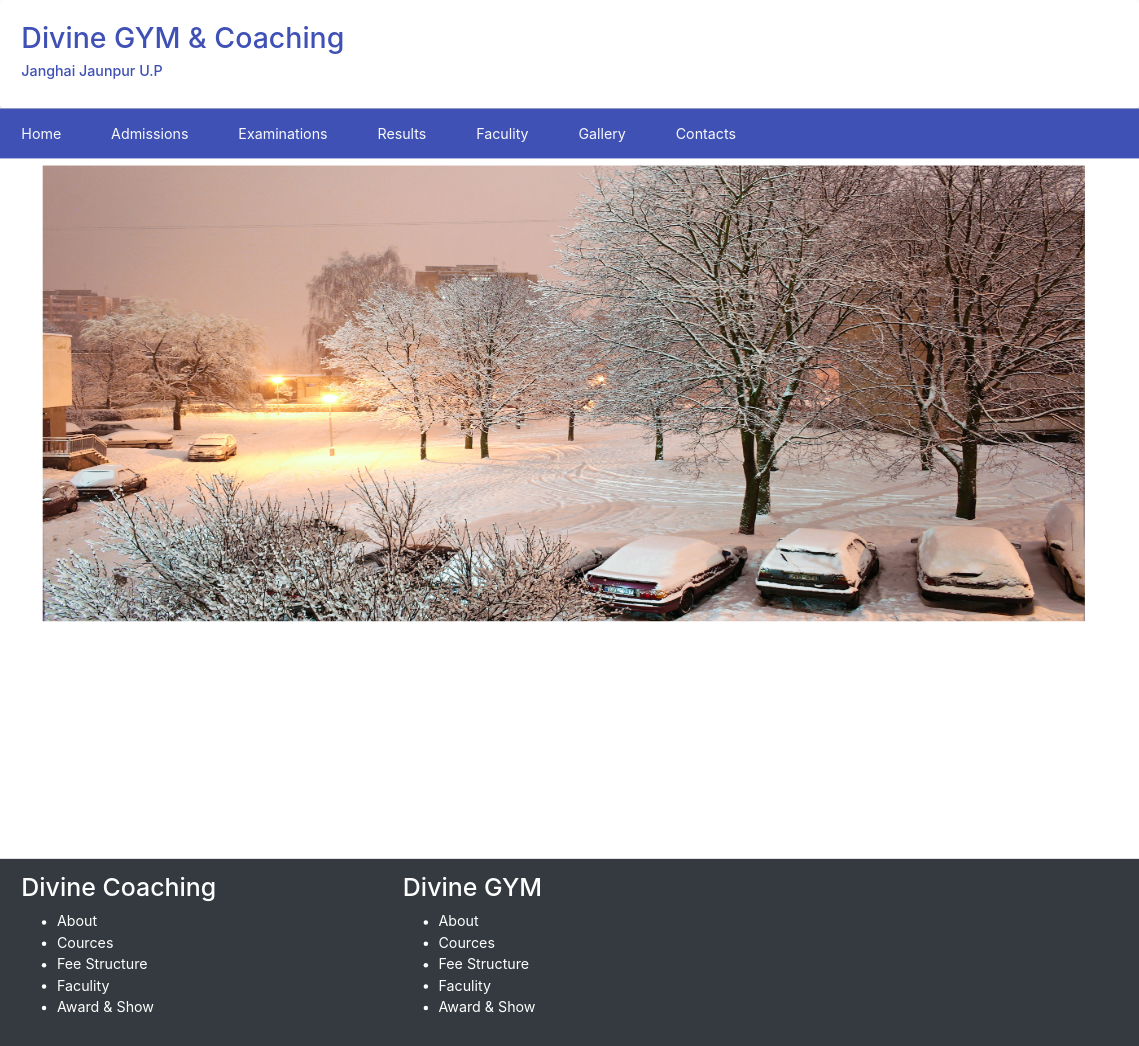
Repository: lalji-yadav/vikash-Coaching-frontend
Page: /gallery
These files come from the project's save history. The page is drawn as it stood at one moment and after the next save; the edit follows.
The browser window is 1280 px wide. The pictures show the whole page, at 89% of full size.
The project was rebuilt for these pictures with package versions that can differ from the ones it lists, and the page was loaded fresh each time. Also part of the build but not shown: src/index.css, src/home/home.js, src/component/admission/admission.js, src/component/examination/examination.js, src/component/results/result.js, src/component/faculity/faculity.js.

Above is the page before, as saved 2021-04-11 12:49:19.

After the next save:
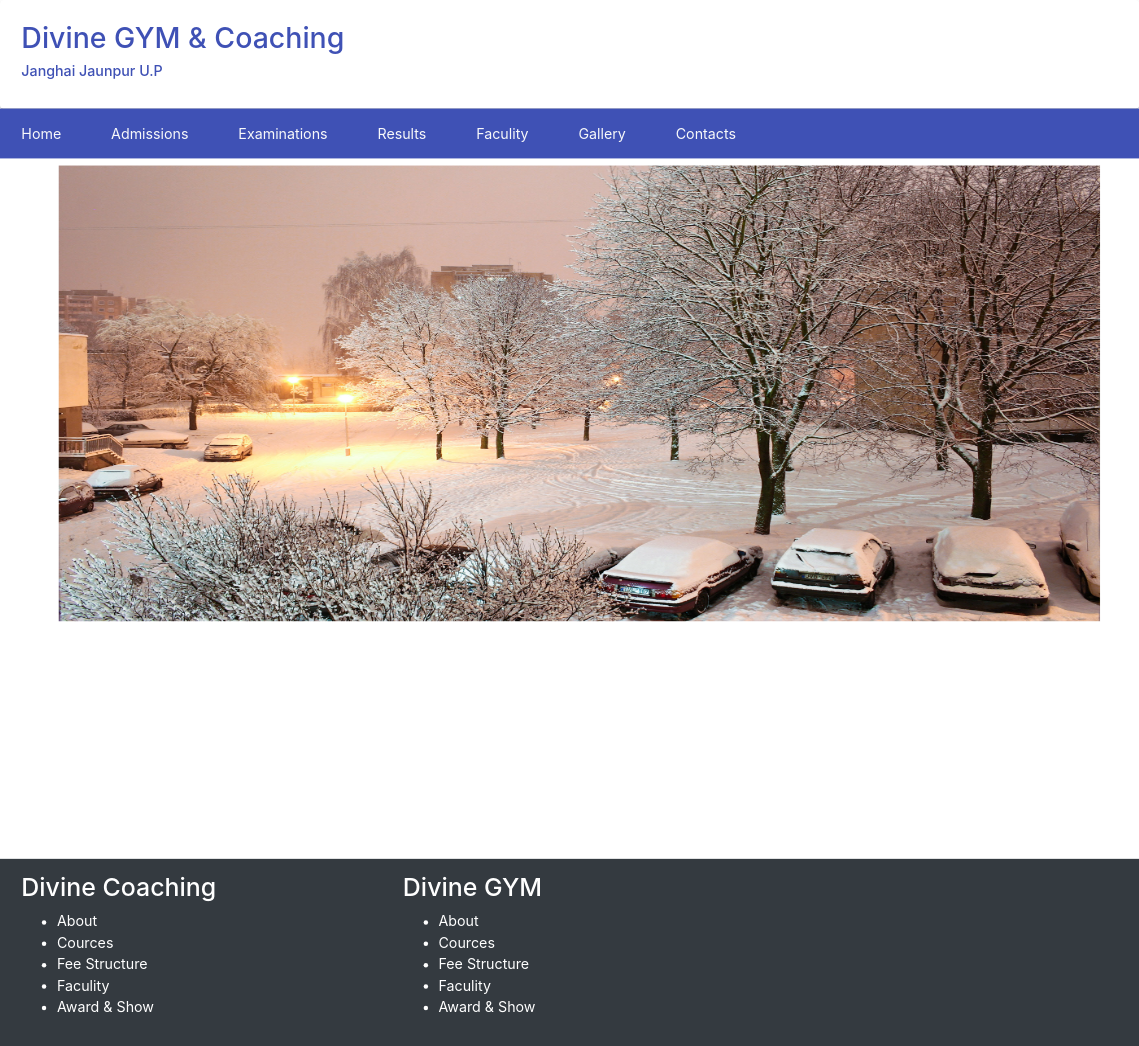
Saved 65 s later.
--- a/src/component/gallery/gallery.js
+++ b/src/component/gallery/gallery.js
@@ -6,7 +6,7 @@ class gallery extends Component {
         return (
             <div>
                 <div className="row">
-                    <div className="col-sm-11 ml-5 mt-2">
+                    <div className="col-sm-11 mt-2" style={{marginLeft:"5%"}}>
                         <img style={{width:"100%", height:"70%"}}
                          src={process.env.PUBLIC_URL + '/image/gallery/Admin/0 (22) - Copy.jpg'} alt="" />
                     </div>
